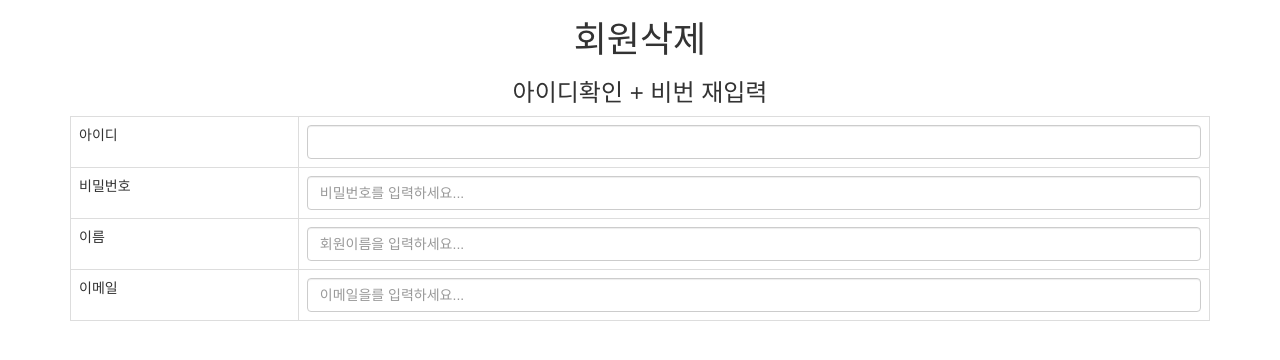
Repository: juhee1020/studying
Page: http://localhost/jsp02_database/jsp01_connect/jsp04_deleteForm.jsp
These files come from the project's save history. The page is drawn as it stood at one moment and after the next save; the edit follows.
The browser window is 1280 px wide. The pictures show the whole page.
The page is served by Tomcat 9.

Above is the page before, as saved 2022-12-15 06:09:21.

After the next save:
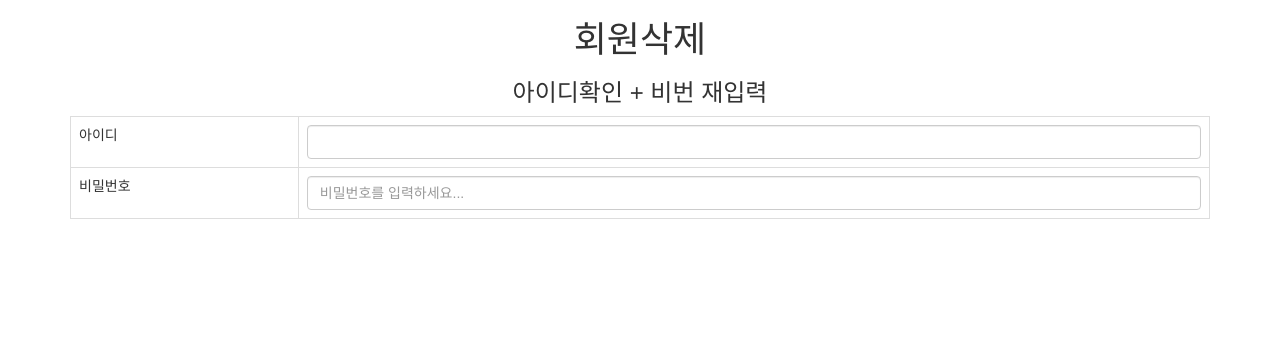
Saved 21 s later.
--- a/JSP/jsp02_database/WebContent/jsp01_connect/jsp04_deleteForm.jsp
+++ b/JSP/jsp02_database/WebContent/jsp01_connect/jsp04_deleteForm.jsp
@@ -26,14 +26,6 @@
 					<td>비밀번호</td>
 					<td><input type="password" name="pw" class="form-control" placeholder="비밀번호를 입력하세요..."></td>
 				</tr>
-				<tr>
-					<td>이름</td>
-					<td><input type="text" name="name" class="form-control" placeholder="회원이름을 입력하세요..."></td>
-				</tr>
-				<tr>
-					<td>이메일</td>
-					<td><input type="text" name="email" class="form-control" placeholder="이메일을를 입력하세요..."></td>
-				</tr>
 			</table>
 	</div>
 </body>
